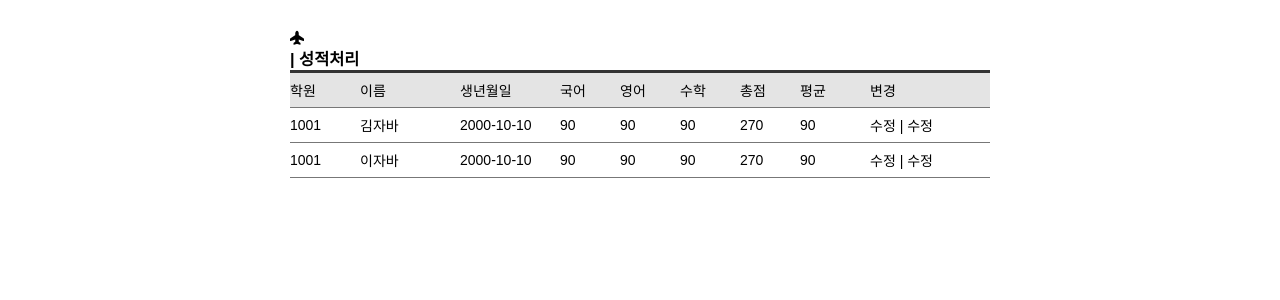
Repository: marudaga/html-css-lecture
Page: work/study/src/main/webapp/htmlEx/ch04/ex07.html
These files come from the project's save history. The page is drawn as it stood at one moment and after the next save; the edit follows.
The browser window is 1280 px wide. The pictures show the whole page.
Some web libraries are served in a nearby version.

Above is the page before, as saved 2022-09-07 07:08:57.

### work/study/src/main/webapp/htmlEx/ch04/ex07.html


<!DOCTYPE html>
<html>
<head>
<meta charset="UTF-8">
<title>Insert title here</title>
<script src="https://kit.fontawesome.com/f071e38faa.js" crossorigin="anonymous"></script>

<style type="text/css">
*{ margin: 0; padding: 0;}
body{
	font-family:sans-serif;
	font-size:14px;
}

a{
	color: #000; text-decoration: none; cursor: pointer;
}

a:active, a:hover { text-decoration: underline; color: pink; }

.body-container {width: 700px; margin: 30px auto;}

.body-container .table{width: 100% ;border-spacing: 0; border-collapse: collapse;}

.table tr{ border-bottom: 1px solid #777;}
.table thead tr:first-child {
	border-top: 3px solid #333;
	background: #e4e4e4;
}
.table th, .table td {
	padding: 7px 0;
}
</style>
</head>
<body>

	<div class="body-container">
	<i class="fa-solid fa-plane-up"></i>
		<div class="title">
			<h3>
				<span>|</span> 성적처리
			</h3>
		</div>

		<table class="table">
			<thead>
				<tr>
					<td width="70px;">학원</td>
					<td width="100px;">이름</td>
					<td width="100px;">생년월일</td>
					<td width="60px;">국어</td>
					<td width="60px;">영어</td>
					<td width="60px;">수학</td>
					<td width="60px;">총점</td>
					<td width="70px;">평균</td>
					<td>변경</td>
				</tr>
			</thead>
			<tbody>
				<tr>
					<td>1001</td>
					<td>김자바</td>
					<td>2000-10-10</td>
					<td>90</td>
					<td>90</td>
					<td>90</td>
					<td>270</td>
					<td>90</td>
					<td><a href="#">수정</a> | <a href="#">수정</a></td>
				</tr>
				<tr>
					<td>1001</td>
					<td>이자바</td>
					<td>2000-10-10</td>
					<td>90</td>
					<td>90</td>
					<td>90</td>
					<td>270</td>
					<td>90</td>
					<td><a href="#">수정</a> | <a href="#">수정</a></td>
				</tr>
			</tbody>
		</table>
	</div>
	 </body>
</html>

After the next save:
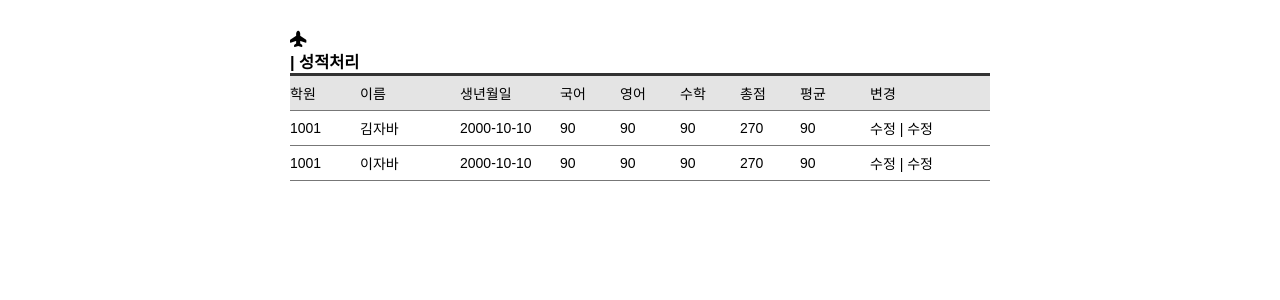
Saved 19 s later.
--- a/work/study/src/main/webapp/htmlEx/ch04/ex07.html
+++ b/work/study/src/main/webapp/htmlEx/ch04/ex07.html
@@ -37,7 +37,7 @@ a:active, a:hover { text-decoration: underline; color: pink; }
 <body>
 
 	<div class="body-container">
-	<i class="fa-solid fa-plane-up"></i>
+	<h3><i class="fa-solid fa-plane-up"></i></h3>
 		<div class="title">
 			<h3>
 				<span>|</span> 성적처리
